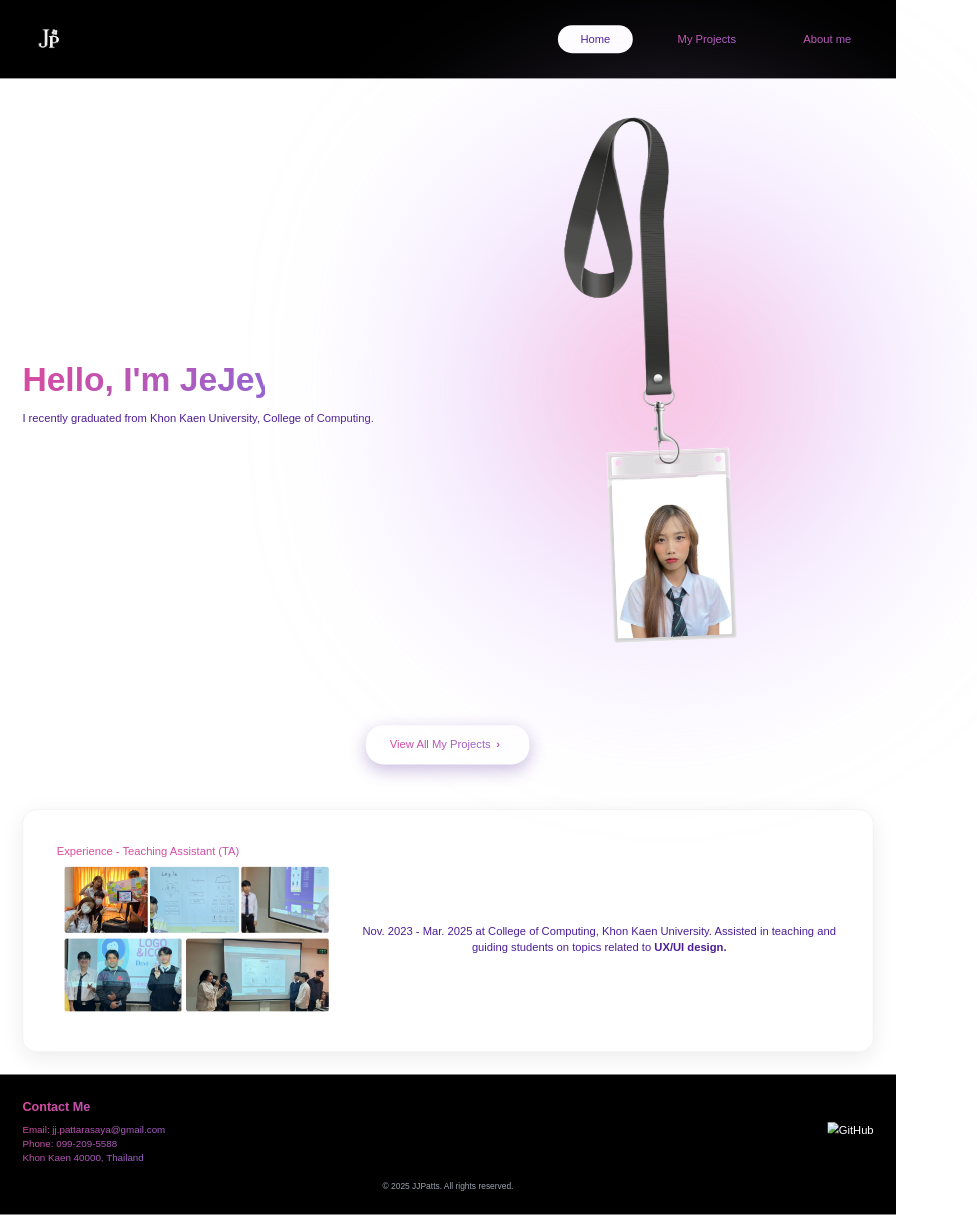
Repository: PattarasayaJJ/Portfolio-jjpatts
Page: /
The author's editor kept a copy of each file at every save. The page is drawn from the files as they stood at one save, then again after the next save.
The browser window is 1280 px wide. The page is 1396 px wide, so the pictures cover 1396 px, including what lies to the right of the window. The pictures show the whole page, at 70% of full size.
The project was rebuilt for these pictures with package versions that can differ from the ones it lists, and the page was loaded fresh each time. Also part of the build but not shown: vite.config.js, vite.config.ts, src/header.css, src/components/Works.jsx, src/components/Aboutme.jsx.

Above is the page before, as saved 2025-08-03 23:38:13.

After the next save:
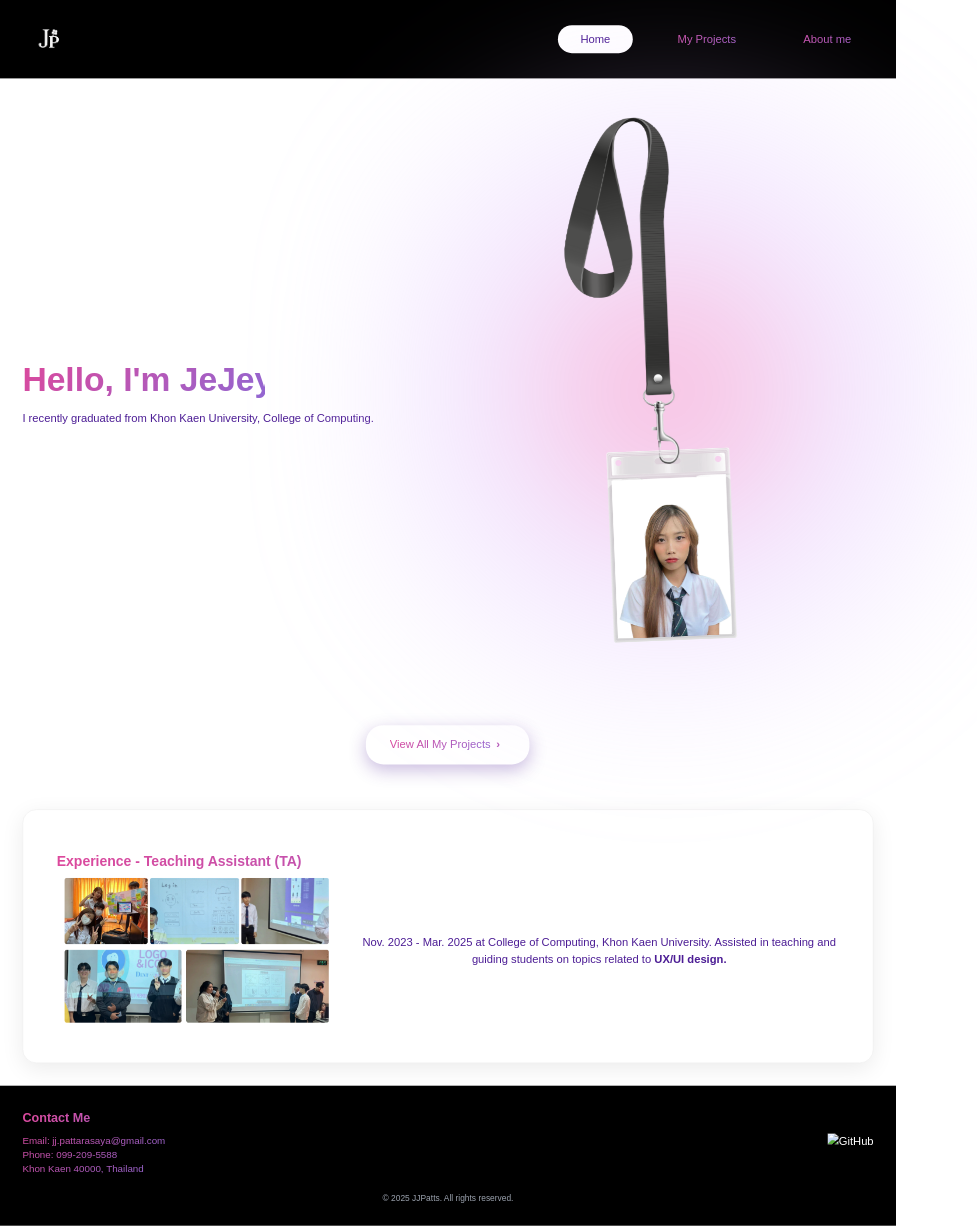
Saved 18 s later.
--- a/src/components/Hero.jsx
+++ b/src/components/Hero.jsx
@@ -41,7 +41,7 @@ export const Hero = () => {
 
       <section className="hero-section">
         <div className="final-project-card-ex">
-          <p className="final-project-title gradient-text">
+          <p className="project-title-text">
             Experience - Teaching Assistant (TA)
           </p>
           <div className="final-project-content">
